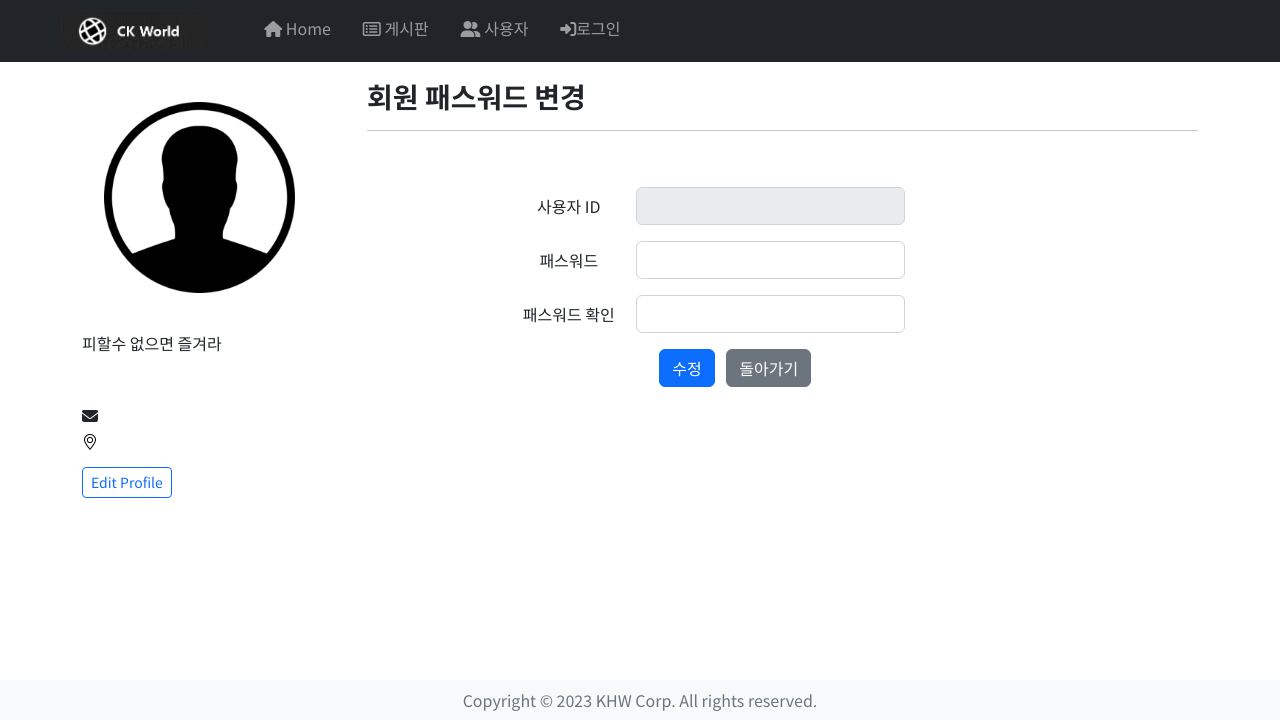
Repository: ssmpet/Spring-BBS-2023.07
Page: http://localhost/sbbs/WEB-INF/view/user/updatePwd.jsp
An editor plug-in stored every save of this project. The page is shown before and after a run of saves, followed by the edit.
The browser window is 1280 px wide. The pictures show the whole page.
Some web fonts or font styles are not loaded; a fallback is used. Some web libraries are served in a nearby version. The page is served by Tomcat 9. Nobody is signed in. Other server files are loaded and not shown. The template is opened directly, without the code that normally fills it, so the values that code supplies are empty.

Above is the page before, as saved 2023-07-26 03:47:10.

### sbbs/src/main/webapp/WEB-INF/view/user/updatePwd.jsp
<%@ page language="java" contentType="text/html; charset=UTF-8" pageEncoding="UTF-8"%>

<!DOCTYPE html>
<html>
<head>
	<%@ include file="../common/head.jspf" %>
</head>
<body>

	<%@ include file="../common/top.jspf" %>
	<div class="container" style="margin-top: 80px;">
    	<div class="row">
			<%@ include file="../common/aside.jspf" %>
			<!-- ======================== main ==============================  -->
			<div class="col-sm-9">
				<h3><strong>회원 패스워드 변경</strong></h3>
				<hr>
				<div class="row mt-5">
				    <div class="col-2"></div>
				    <div class="col-6">
			           <form action="/sbbs/user/updatePwd" method="post">
		                    <table class="table table-borderless text-center">
		                    	<input type="hidden" name="uid" value="${uid}">
			                    <tr>
			                        <td style="width:25%"><label class="col-form-label">사용자 ID</label></td>
			                        <td style="width:60%"><input type="text" name="uid" class="form-control" value="${uid}" disabled></td>
			                    </tr>
			                    <tr>
			                        <td><label class="col-form-label">패스워드</label></td>
			                        <td><input type="password" name="pwd" class="form-control"></td>
			                    </tr>
			                    <tr>
			                        <td><label class="col-form-label">패스워드 확인</label></td>
			                        <td><input type="password" name="pwd2" class="form-control"></td>
			                    </tr>
			                    <tr>
			                        <td colspan="2" style="text-align: center;">
			                            <input class="btn btn-primary ms-5" type="submit" value="수정">
			                            <input class="btn btn-secondary ms-2" type="button" value="돌아가기" onclick="location.href='/sbbs/user/update/${uid}'">
			                        </td>
			                    </tr>
			                </table>
		                </form>
				    </div>
				    <div class="col-2"></div>
				</div>
			</div>
		</div>
	</div>
	<%@ include file="../common/bottom.jspf" %>

</body>
</html>

### sbbs/src/main/webapp/WEB-INF/view/common/head.jspf
<%@ page language="java" contentType="text/html; charset=UTF-8" pageEncoding="UTF-8"%>
<%-- <head> 태그 내에 공통으로 들어갈 내용 --%>
<meta charset="UTF-8">
<meta name="viewport" content="width=device-width, initial-scale=1.0">
<title>Spring Boot BBS sample</title>
<link href="https://cdn.jsdelivr.net/npm/bootstrap@5.2.3/dist/css/bootstrap.min.css" rel="stylesheet">
<link href="https://fonts.googleapis.com/css2?family=Noto+Sans+KR&display=swap" rel="stylesheet">
<script src="https://cdn.jsdelivr.net/npm/bootstrap@5.2.3/dist/js/bootstrap.bundle.min.js"></script>
<script src="https://code.jquery.com/jquery-3.6.4.min.js" integrity="sha256-oP6HI9z1XaZNBrJURtCoUT5SUnxFr8s3BzRl+cbzUq8=" crossorigin="anonymous"></script>
<script src="https://kit.fontawesome.com/fbb7139956.js" crossorigin="anonymous"></script>
<link href="https://fonts.googleapis.com/css2?family=Dokdo&family=Gasoek+One&family=Noto+Sans+KR:wght@100;300;400;500;700;900&display=swap" rel="stylesheet">
<style>
	* { font-family: 'Noto Sans KR', sans-serif; }
	a { text-decoration: none; color: #0517b1;}
</style>
<script src="/sbbs/js/aside.js"></script>

### sbbs/src/main/webapp/WEB-INF/view/common/top.jspf
<%@ page language="java" contentType="text/html; charset=UTF-8" pageEncoding="UTF-8"%>
<%@ taglib prefix="c" uri="http://java.sun.com/jsp/jstl/core" %>

<%-- <body> 상단에 있는 navigation var --%>

<nav class="navbar navbar-expand-sm bg-dark navbar-dark fixed-top">
    <div class="container-fluid">
        <ul class="navbar-nav">
            <a class="navbar-brand ms-5 me-5" href="#">
                <img src="/sbbs/img/ckworld-logo.png" alt="Logo" style="height:36px;" class="rounded-3">
            </a>
            <li class="nav-item">
                <a class="nav-link" href="#"><i class="fa-solid fa-house"></i> Home</a>
            </li>
            <li class="nav-item ms-3">
                <a class="nav-link ${(menu eq 'board') ? 'active' : ''}" href="/sbbs/board/list?p=1&f=&q="><i class="far fa-list-alt"></i> 게시판</a>
            </li>
            <li class="nav-item ms-3">
                <a class="nav-link  ${(menu eq 'user') ? 'active' : ''}" href="/sbbs/user/list/1"><i class="fas fa-user-friends"></i> 사용자</a>
            </li>
            <li class="nav-item ms-3">
				<c:if test="${not empty uid}">
                	<a class="nav-link" href="/sbbs/user/logout"><i class="fa-solid fa-right-from-bracket"></i> 로그아웃</a>
				</c:if>
				<c:if test="${ empty uid }">
                	<a class="nav-link" href="/sbbs/user/login"><i class="fa-solid fa-right-to-bracket"></i>로그인</a>
				</c:if>
            </li>
            <%--c:if test="${uid eq 'admin' }">
            	<a class="nav-link" href="/bbs/board/testBoard">임시 게시판 등록</a>
            </c:if--%>
        </ul>
        <c:if test="${ not empty uid }">
        	<span class="navbar-text me-3">${uname}님 환영합니다.</span>
        </c:if>
    </div>
</nav>

### sbbs/src/main/webapp/WEB-INF/view/common/aside.jspf
<%@ page language="java" contentType="text/html; charset=UTF-8" pageEncoding="UTF-8"%>
<%@ taglib prefix="c" uri="http://java.sun.com/jsp/jstl/core"%>
<%-- <body> 좌측에 있는 aside menu --%>

<div class="col-sm-3">
<c:if test="${ empty profile }">
    <img src="/sbbs/img/person.png" class="rounded-circle" alt="사용자 프로필" width="90%">
</c:if>
<c:if test="${ not empty profile }">
    <img src="/sbbs/file/profile?file=${profile}" class="rounded-circle" alt="사용자 프로필" width="90%">
</c:if>

    <p class="mt-3">피할수 없으면 즐겨라</p>
    <%--div class="mt-3">
    	<span id="stateMsg">${stateMsg}</span>
    	<a href="#" id="stateMsgBtn"><span class="badge bg-secondary">수정</span></a>
    </div>
    <div id="stateMsgInput" class="mt-2 d-none">
    	<input class="form-control form-control-sm" type="text" id="stateInput"
    		   onkeyup="if(window.event.keyCode==13) {changeStateMsg()}">
    	<a href="#" id="stateMsgSubmit"><span class="badge bg-primary">확인</span></a>
    </div--%>
    <div class="mt-5">
        <i class="fa fa-envelope me-2"></i><a href="#">${email}</a><br>
        <img src="/sbbs/img/addr.png" height="16" class="me-2">${addr}<br>
    </div>
    <button class="btn btn-sm btn-outline-primary mt-3">Edit Profile</button>
</div>

### sbbs/src/main/webapp/WEB-INF/view/common/bottom.jspf
<%@ page language="java" contentType="text/html; charset=UTF-8" pageEncoding="UTF-8"%>
<%-- <body> 하단에 있는 navigation var --%>

 <nav class="navbar navbar-expand-sm bg-light fixed-bottom">
     <div class="container-fluid justify-content-center text-muted">
         Copyright &copy; 2023 KHW Corp. All rights reserved.
     </div>
</nav>

### sbbs/src/main/resources/static/js/aside.js
/**
 * aside menu control을 위해 사용됨
 */

 $(document).ready(function() {

	$('#stateMsgBtn').click(function(e) {
		$('#stateMsgInput').attr({'class': 'mt-2'});
		$('#stateInput').attr({value: $('#stateMsg').text()});

	})
	$('#stateMsgSubmit').click(changeStateMsg);

 });

 function changeStateMsg() {

	 $('#stateMsgInput').attr({'class': 'mt-2 d-none'});
	 let stateInputVal = $('#stateInput').val();

	 $.ajax({
		 type: 'GET',
		 url: '/sbbs/aside/stateMsg',
		 data: {stateMsg: stateInputVal},
		 success: function(e) {
			 $('#stateMsg').html(stateInputVal);
		 }
	 });
}


function changeWeather() {

	let addr = $('#addr').text();

	$.ajax({
		type: 'GET',
		url: '/sbbs/aside/weather',
		data: {addr: addr},
		success: function(e) {
			$('#weather').html(e);
		}
	});
}

After the next 2 saves:
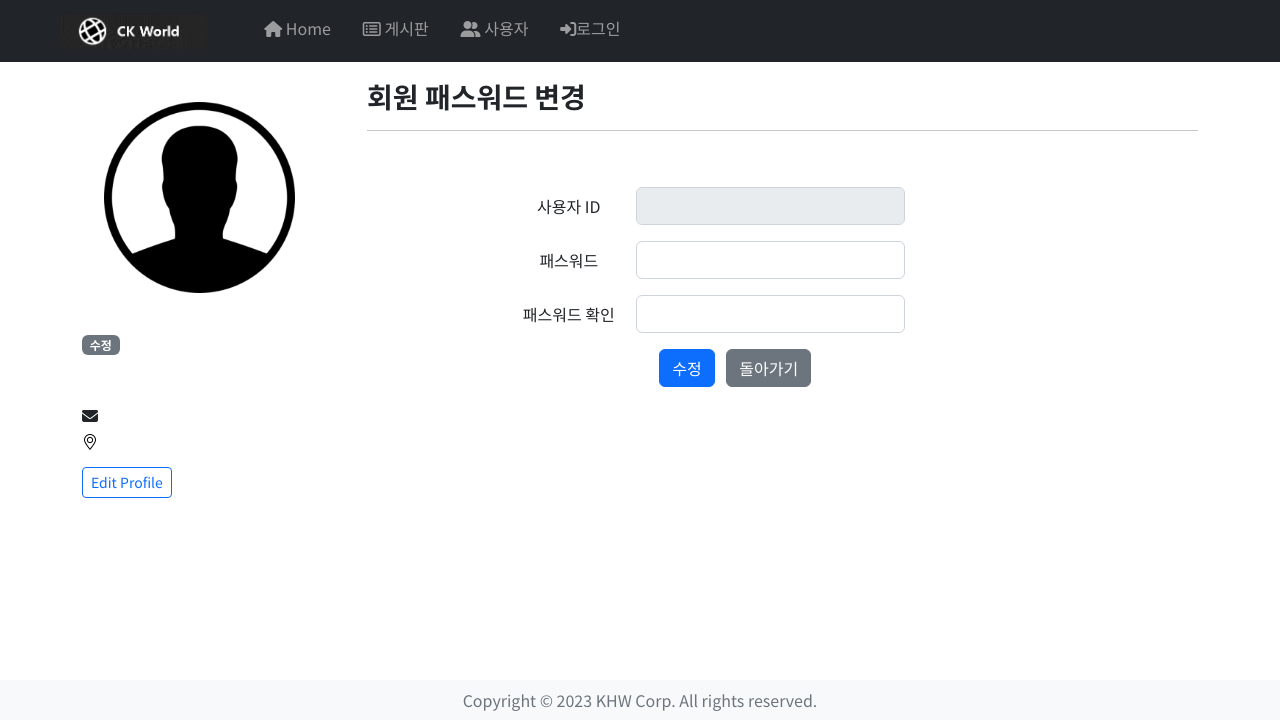
The 2 saves are shown as one change because 1 did not build or start.
The last was saved 79 min 18 s later.
--- a/sbbs/src/main/webapp/WEB-INF/view/common/aside.jspf
+++ b/sbbs/src/main/webapp/WEB-INF/view/common/aside.jspf
@@ -10,8 +10,8 @@
     <img src="/sbbs/file/profile?file=${profile}" class="rounded-circle" alt="사용자 프로필" width="90%">
 </c:if>
 
-    <p class="mt-3">피할수 없으면 즐겨라</p>
-    <%--div class="mt-3">
+    <%-- p class="mt-3">피할수 없으면 즐겨라</p--%>
+    <div class="mt-3">
     	<span id="stateMsg">${stateMsg}</span>
     	<a href="#" id="stateMsgBtn"><span class="badge bg-secondary">수정</span></a>
     </div>
@@ -19,7 +19,7 @@
     	<input class="form-control form-control-sm" type="text" id="stateInput"
     		   onkeyup="if(window.event.keyCode==13) {changeStateMsg()}">
     	<a href="#" id="stateMsgSubmit"><span class="badge bg-primary">확인</span></a>
-    </div--%>
+    </div>
     <div class="mt-5">
         <i class="fa fa-envelope me-2"></i><a href="#">${email}</a><br>
         <img src="/sbbs/img/addr.png" height="16" class="me-2">${addr}<br>
